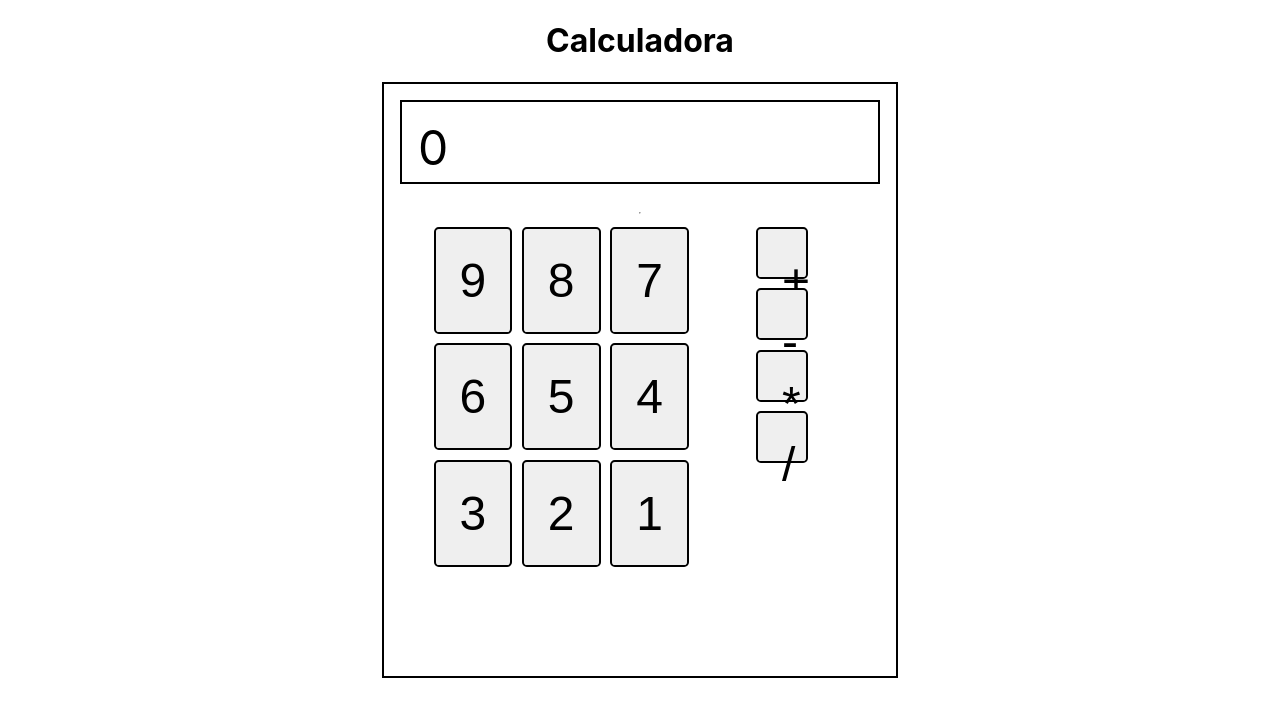
Repository: yamaka/curso-react-febrero-2022
Page: /
The author's editor kept a copy of each file at every save. The page is drawn from the files as they stood at one save, then again after the next save.
The browser window is 1280 px wide. The pictures show the whole page.
The project was rebuilt for these pictures with package versions that can differ from the ones it lists, and the page was loaded fresh each time. Also part of the build but not shown: src/App.css, src/components/Zanahoria/Zanahoria.css, src/components/Zanahoria/Zanahoria.js, src/components/Zanahorias/Zanahorias.js, src/components/Lechuga/Lechuga.css, src/components/Lechuga/Lechuga.js, src/components/Calculadora/Calculadora.css, src/components/Calculadora/Calculadora.js and 4 more.

Above is the page before, as saved 2022-03-02 18:22:16.

After the next save:
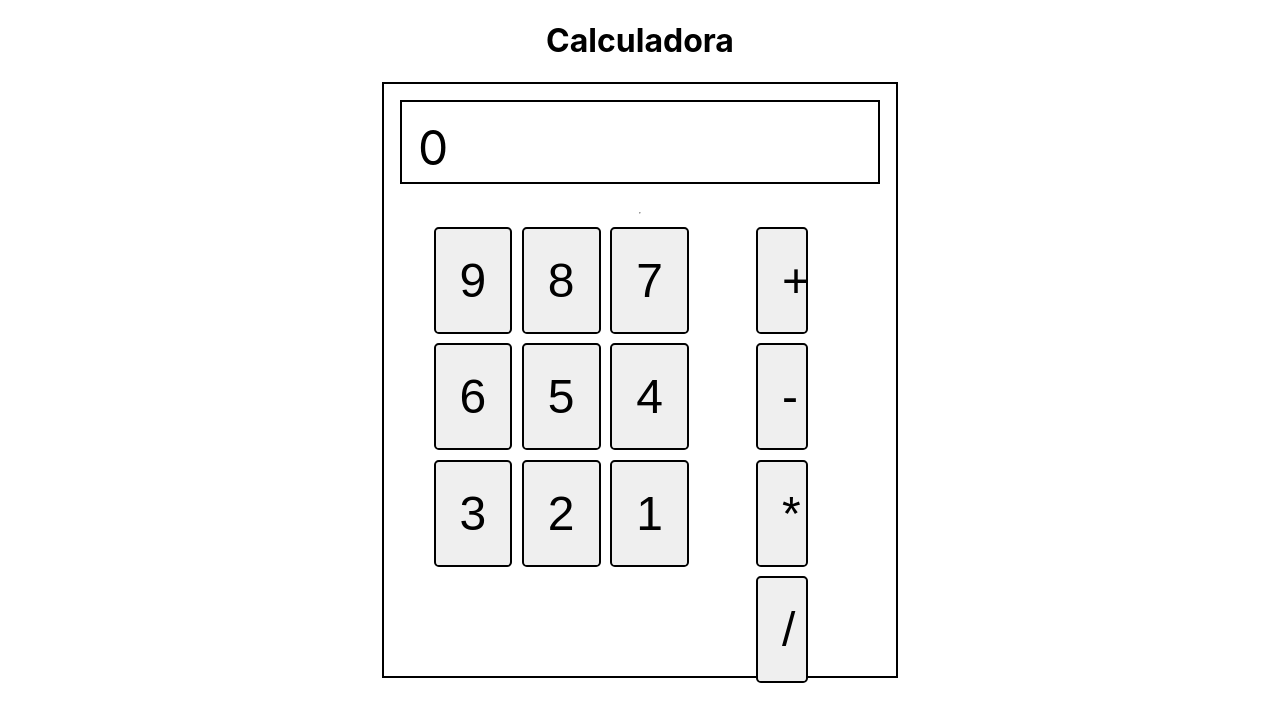
Saved 5 min 41 s later.
--- a/src/hooks/components/BotonOperacion/BotonOperacion.css
+++ b/src/hooks/components/BotonOperacion/BotonOperacion.css
@@ -1,9 +1,9 @@
-.boton-operacion{
-    border: solid 2px;
-    padding:1.5rem;
-    border-radius: .3rem;
-    font-size: 3rem;
-    height: 3rem;
-    width: 1rem;
-    margin:.3rem
+.boton-operacion {
+  border: solid 2px;
+  padding: 1.5rem;
+  border-radius: 0.3rem;
+  font-size: 3rem;
+
+  width: 1rem;
+  margin: 0.3rem;
 }
